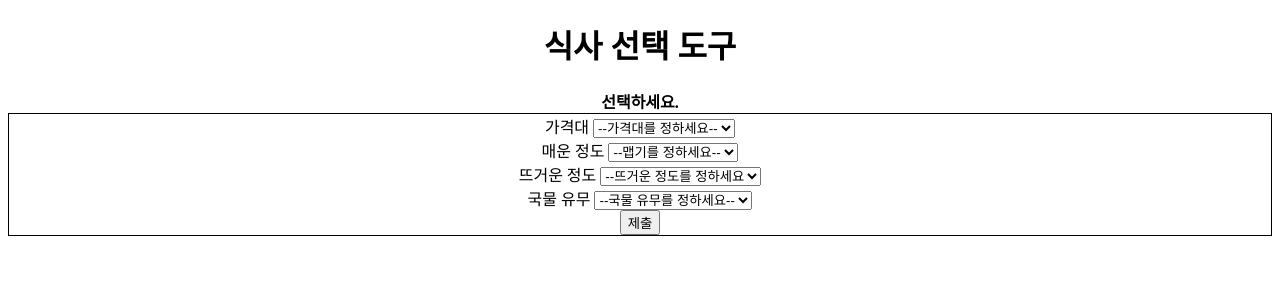
Repository: kimgh06/JavaWeb
Page: http://localhost/what/
An editor plug-in stored every save of this project. The page is shown before and after the next save, followed by the edit.
The browser window is 1280 px wide. The pictures show the whole page.
The page is served by Tomcat 9. Other server files are loaded and not shown.

Above is the page before, as saved 2022-11-04 00:22:34.

### what/src/main/webapp/index.jsp
<%@ page language="java" contentType="text/html; charset=EUC-KR"
	pageEncoding="EUC-KR"%>
<!DOCTYPE html>
<html>
<head>
<meta charset="EUC-KR">
<title>식사 선택 도구</title>
<link href="./main.css" rel="stylesheet" type="text/css">
</head>
<body>
	<div id="main">
		<h1>식사 선택 도구</h1>
		<b>선택하세요.</b>
		<form id="form">
			<div>
				<label>가격대</label> <select>
					<option value="-1">--가격대를 정하세요--</option>
					<option value="1">8000이하</option>
					<option value="2">13000이하</option>
					<option value="3">18000이하</option>
					<option value="4">23000이하</option>
					<option value="5">23000이상</option>
				</select>
			</div>
			<div>
				<label>매운 정도</label> <select>
					<option value="-1">--맵기를 정하세요--</option>
					<option value="하">맵지 않음</option>
					<option value="중">적당히 매움</option>
					<option value="상">매움</option>
				</select>
			</div>
			<div>
				<label>뜨거운 정도</label>
				<select>
					<option value="-1">--뜨거운 정도를 정하세요</option>
					<option value="하">뜨겁지 않음</option>
					<option value="중">따뜻함</option>
					<option value="상">뜨거움</option>
				</select>
			</div>
			<div>
				<label>국물 유무</label> <select>
					<option value="-1">--국물 유무를 정하세요--</option>
					<option value="0">없음</option>
					<option value="1">있음</option>
				</select>
			</div>
			<button>제출</button>
		</form>
	</div>
</body>
</html>

### what/src/main/webapp/main.css
@CHARSET "UTF-8";

#main{
	text-align: center;
	display: block;
}

#form{
	display: block;
	border: 1px solid black;
}

After the next save:
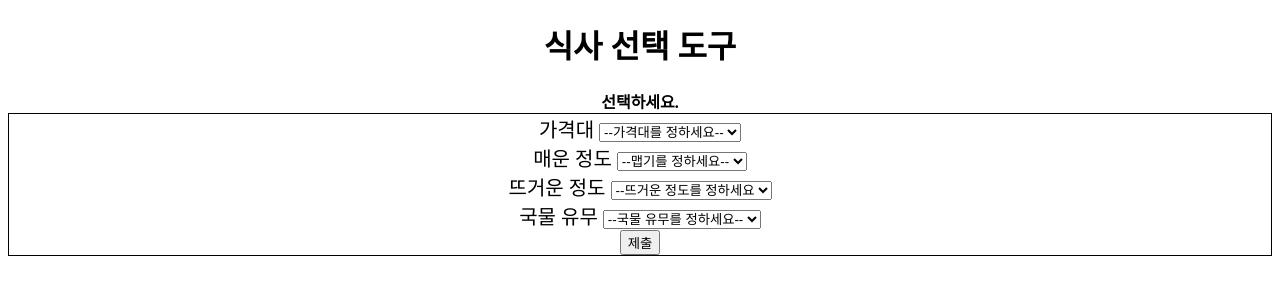
Saved 46 s later.
--- a/what/src/main/webapp/main.css
+++ b/what/src/main/webapp/main.css
@@ -9,3 +9,7 @@
 	display: block;
 	border: 1px solid black;
 }
+
+#form div{
+	font-size: 20px;
+}
